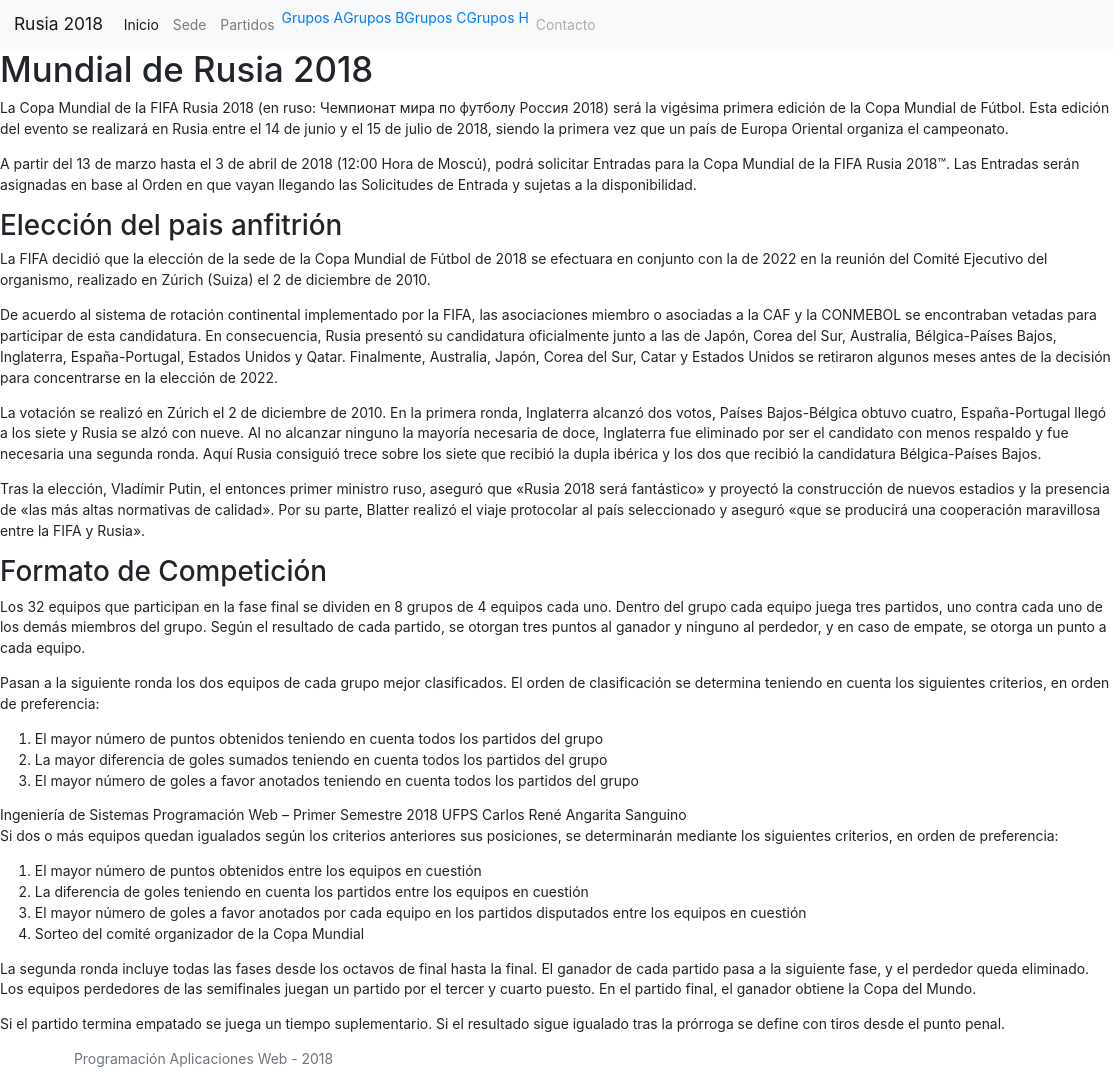
Repository: AndreyRi13/PracticaBootstrap
Page: index.html
The author's editor kept a copy of each file at every save. The page is drawn from the files as they stood at one save, then again after the next save.
The browser window is 1280 px wide. The pictures show the whole page, at 87% of full size.

Above is the page before, as saved 2020-09-24 16:33:47.
Console error (its wording comes from the project's code and is left out).

After the next save:
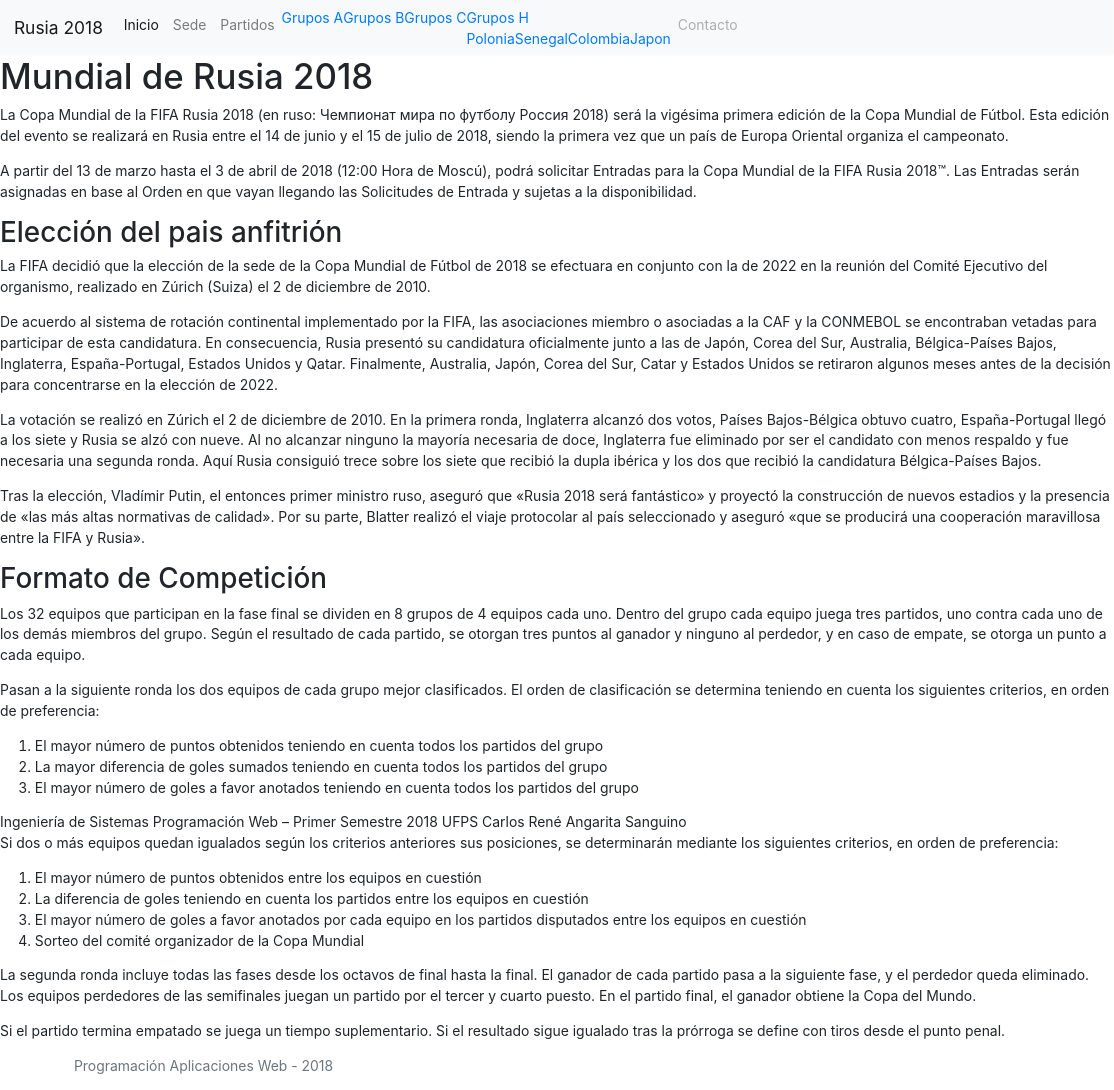
Saved 33 s later.
--- a/index.html
+++ b/index.html
@@ -36,7 +36,7 @@
             <li class="nav-item"><a href="#">Grupos C</a></li>
             <li class="nav-item"><a href="#" class="">Grupos H</a>
 
-                <ul class="dropdown-menu">
+                <ul class="navbar-nav">
                     <li class="nav-item"><a href="#">Polonia</a></li>
                     <li class="nav-item"><a href="#">Senegal</a></li>
                     <li class="nav-item"><a href="#">Colombia</a></li>

After the save that followed:
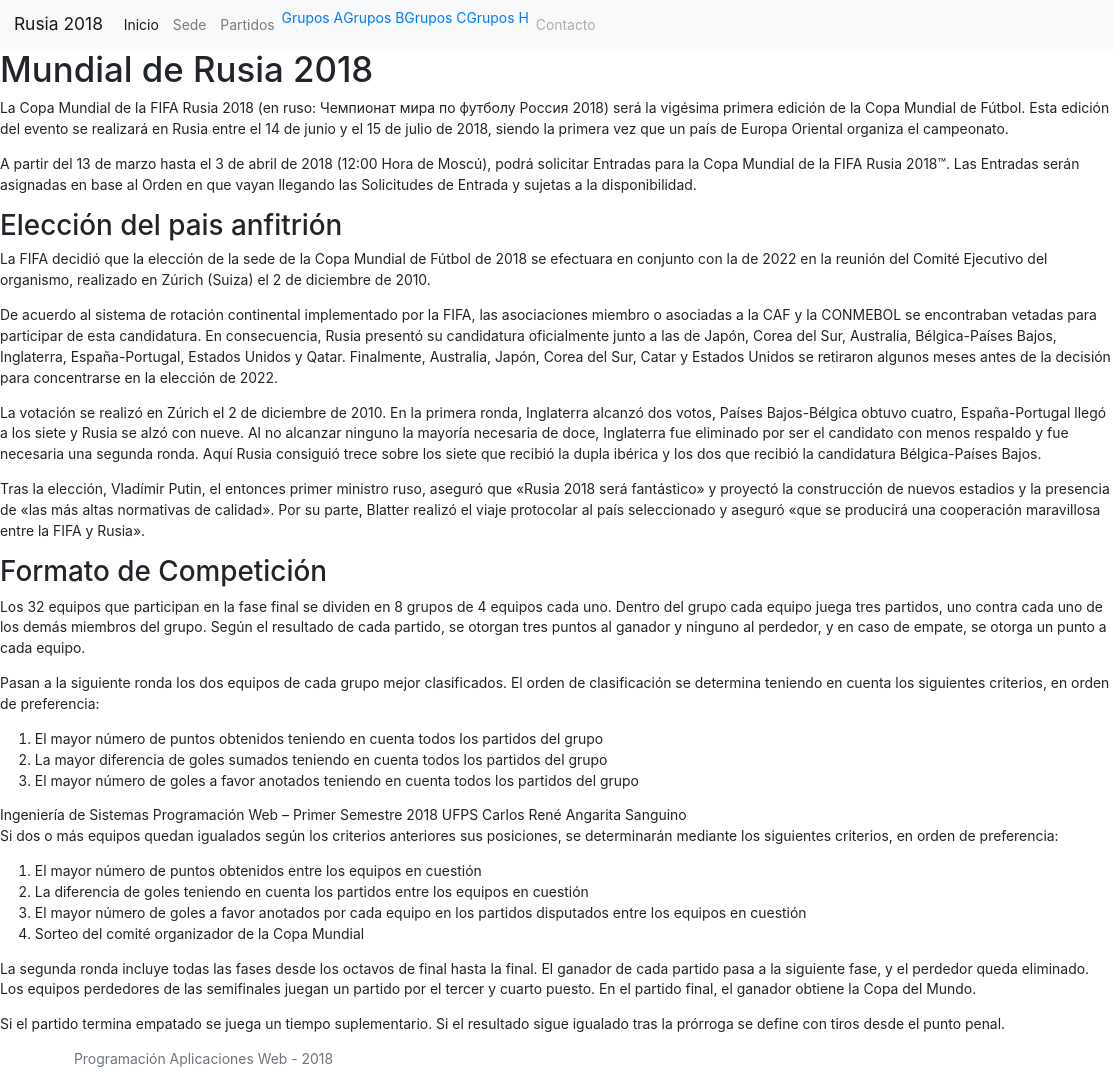
Saved 10 s later.
--- a/index.html
+++ b/index.html
@@ -36,7 +36,7 @@
             <li class="nav-item"><a href="#">Grupos C</a></li>
             <li class="nav-item"><a href="#" class="">Grupos H</a>
 
-                <ul class="navbar-nav">
+                <ul class="dropdown-menu">
                     <li class="nav-item"><a href="#">Polonia</a></li>
                     <li class="nav-item"><a href="#">Senegal</a></li>
                     <li class="nav-item"><a href="#">Colombia</a></li>
